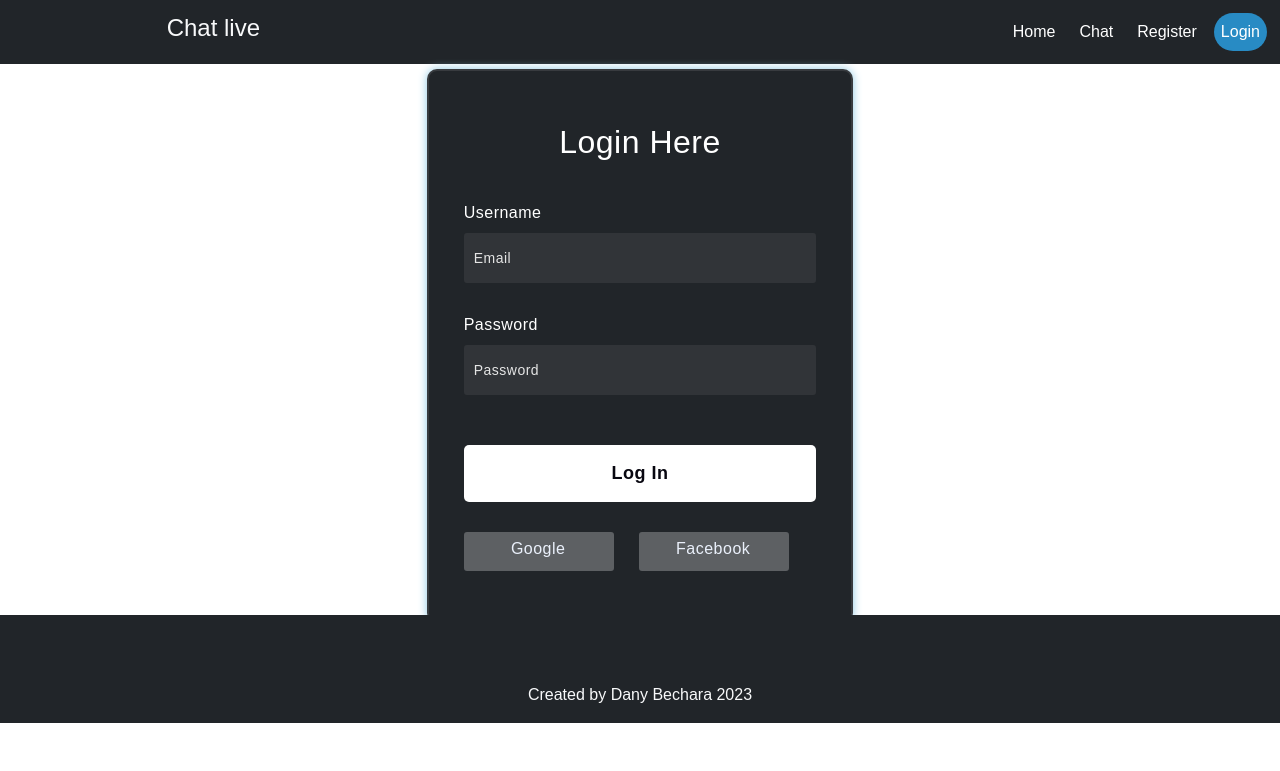
Repository: bechara611/chatv2
Page: /login
An editor plug-in stored every save of this project. The page is shown before and after the next save, followed by the edit.
The browser window is 1280 px wide. The pictures show the whole page.
The pointer rests on the first visible `.btnLoginRegister`.
The project was rebuilt for these pictures with package versions that can differ from the ones it lists, and the page was loaded fresh each time. Also part of the build but not shown: src/auth/components/register.jsx, src/ui/components/Home.jsx.

Above is the page before, as saved 2023-03-03 14:39:23.

After the next save:
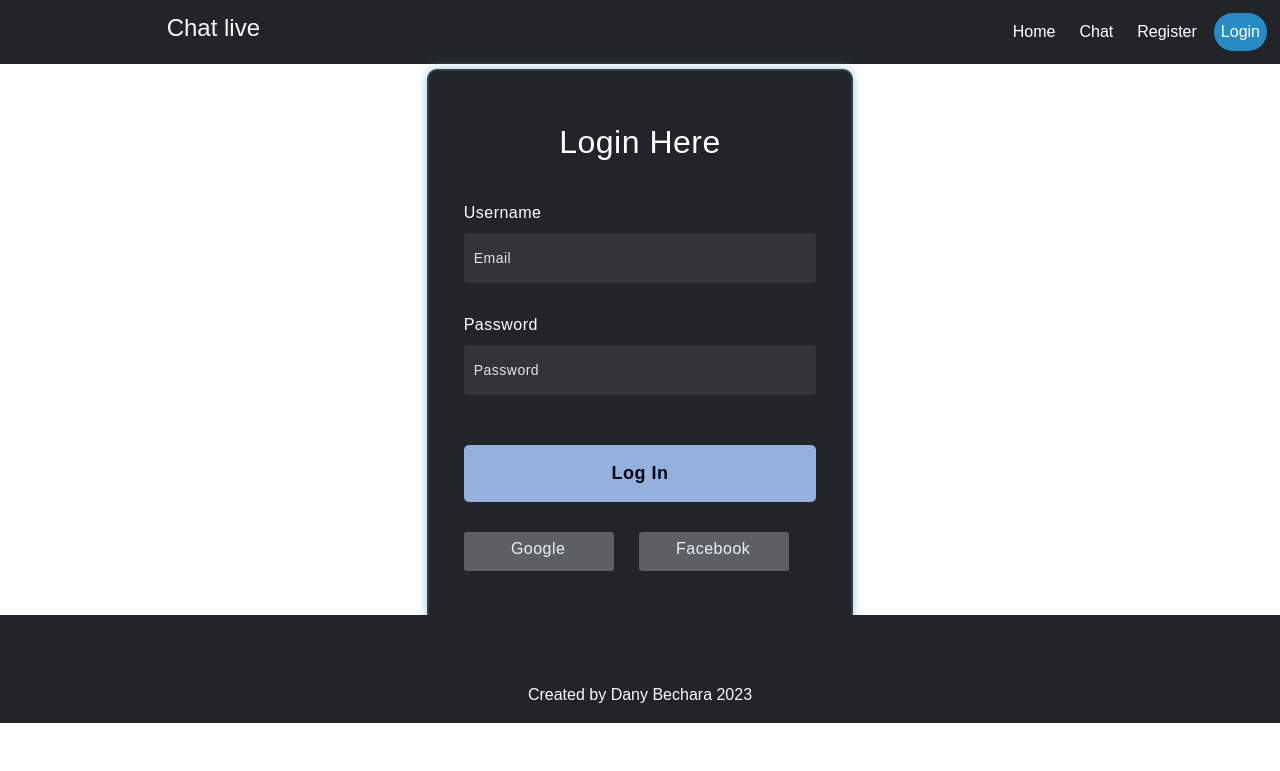
Saved 36 s later.
--- a/src/auth/components/login.css
+++ b/src/auth/components/login.css
@@ -70,6 +70,9 @@ label{
     border-radius: 5px;
     cursor: pointer;
 }
+.btnLoginRegister:hover{
+  background: #94b1dd;;
+}
 .social{
   margin-top: 30px;
   display: flex;
